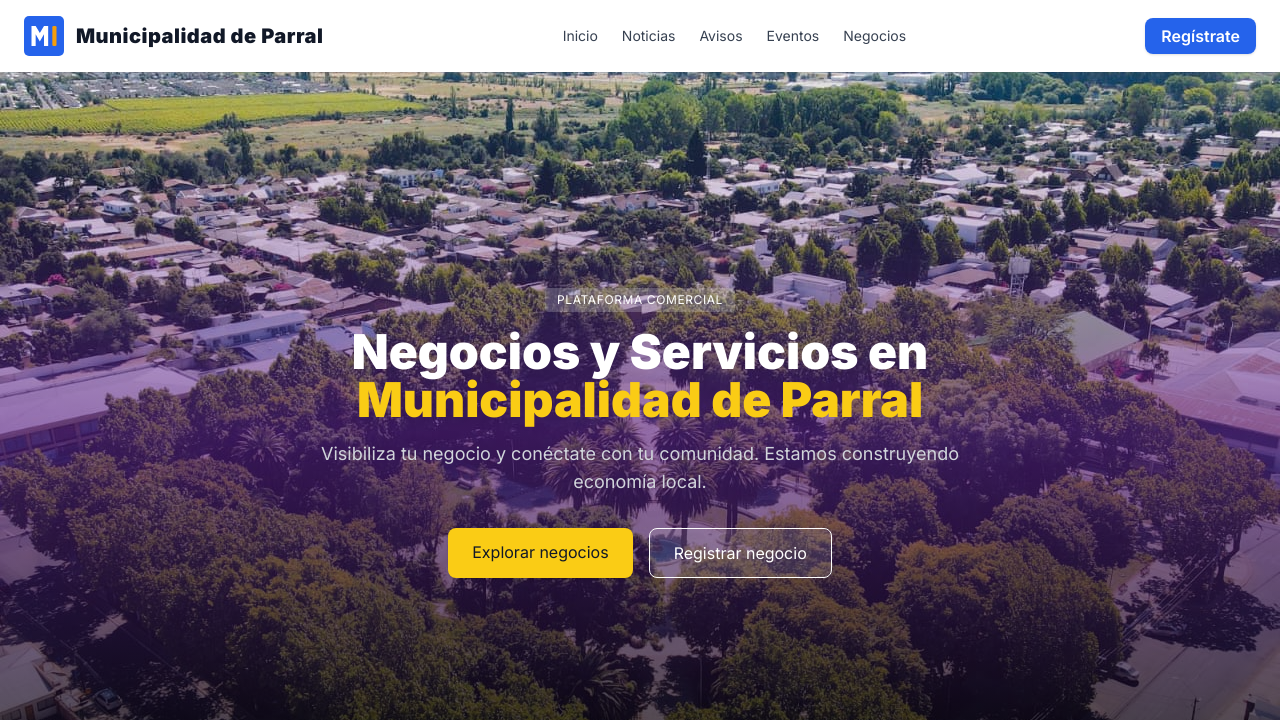
Repository: eikos4/MiPortal
Page: http://localhost/
These files come from the project's save history. The page is drawn as it stood at one moment and after the next save; the edit follows.
The browser window is 1280 px wide. The pictures show the whole page.
An inner scrolling area shows only its first screen. Some web libraries are served in a nearby version. The page is served by the project's application, run on Flask 3 (mi_comuna/__init__.py). The page reads the database file committed with the project.

Above is the page before, as saved 2025-10-10 16:18:56.

After the next save:
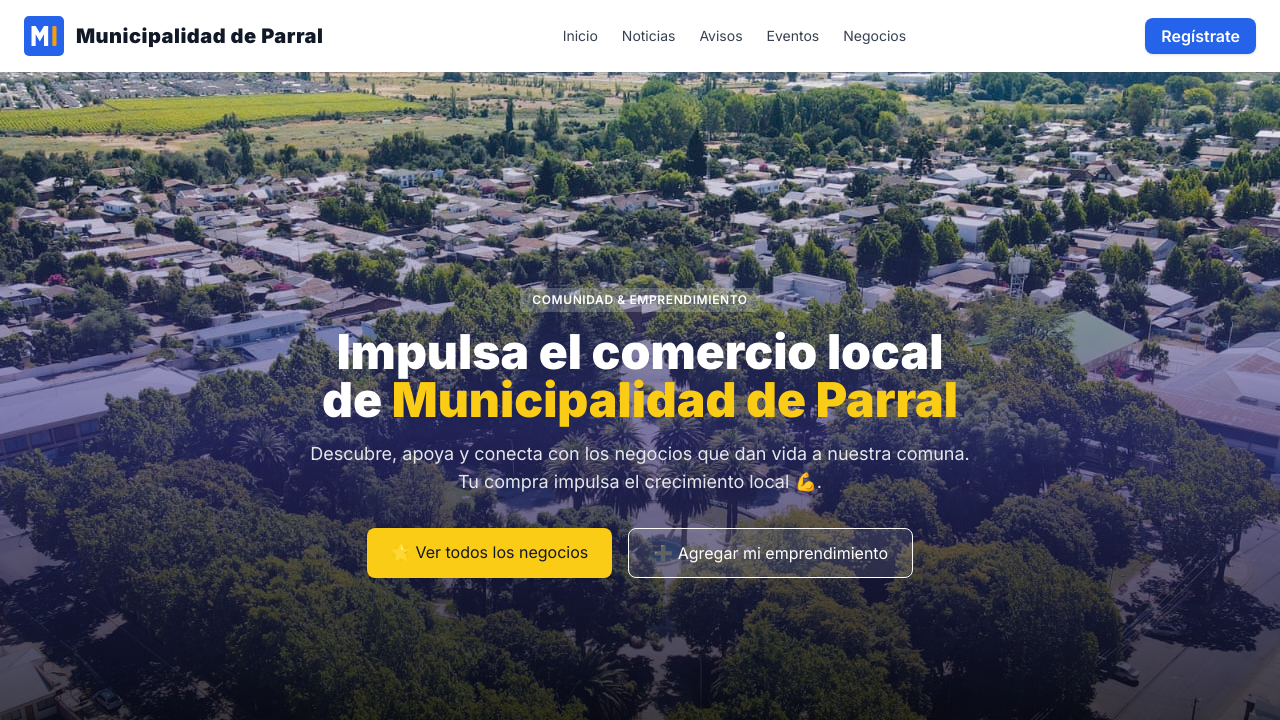
Saved 23 h 58 min later.
--- a/mi_comuna/modules/inicio/templates/inicio/index.html
+++ b/mi_comuna/modules/inicio/templates/inicio/index.html
@@ -16,44 +16,6 @@
 {% endblock %}
 
 {% block content %}
-
-<!-- HERO -->
-<section class="relative h-screen w-full overflow-hidden">
-
-  <!-- Video o imagen -->
-  <video class="absolute inset-0 h-full w-full object-cover"
-         poster="{{ url_for('static', filename='img/home.jpg') }}"
-         autoplay muted loop playsinline></video>
-
-  <!-- Overlay -->
-  <div class="absolute inset-0 bg-gradient-to-t from-black/70 via-purple-900/60 to-transparent"></div>
-
-  <!-- Contenido -->
-  <div class="relative z-10 flex h-full items-center justify-center text-center px-6">
-    <div class="max-w-2xl text-white">
-      <span class="inline-block bg-white/20 px-3 py-1 text-xs font-medium uppercase tracking-wider rounded">
-        Plataforma Comercial
-      </span>
-      <h1 class="mt-4 text-4xl md:text-5xl font-extrabold leading-tight">
-        Negocios y Servicios en
-        <span class="text-yellow-400">{{ config.MUNICIPALITY_NAME or "Parral" }}</span>
-      </h1>
-      <p class="mt-4 text-base md:text-lg text-gray-300">
-        Visibiliza tu negocio y conéctate con tu comunidad. Estamos construyendo economía local.
-      </p>
-      <div class="mt-8 flex flex-wrap justify-center gap-4">
-        <a href="{{ url_for('negocios.lista_negocios') }}"
-           class="bg-yellow-400 text-gray-900 px-6 py-3 rounded-lg font-medium shadow hover:bg-yellow-300 transition">
-          Explorar negocios
-        </a>
-        <a href="{{ url_for('negocios.registrar') }}"
-           class="bg-white/10 text-white border border-white px-6 py-3 rounded-lg hover:bg-white/20 transition">
-          Registrar negocio
-        </a>
-      </div>
-    </div>
-  </div>
-</section>
 
 
 
